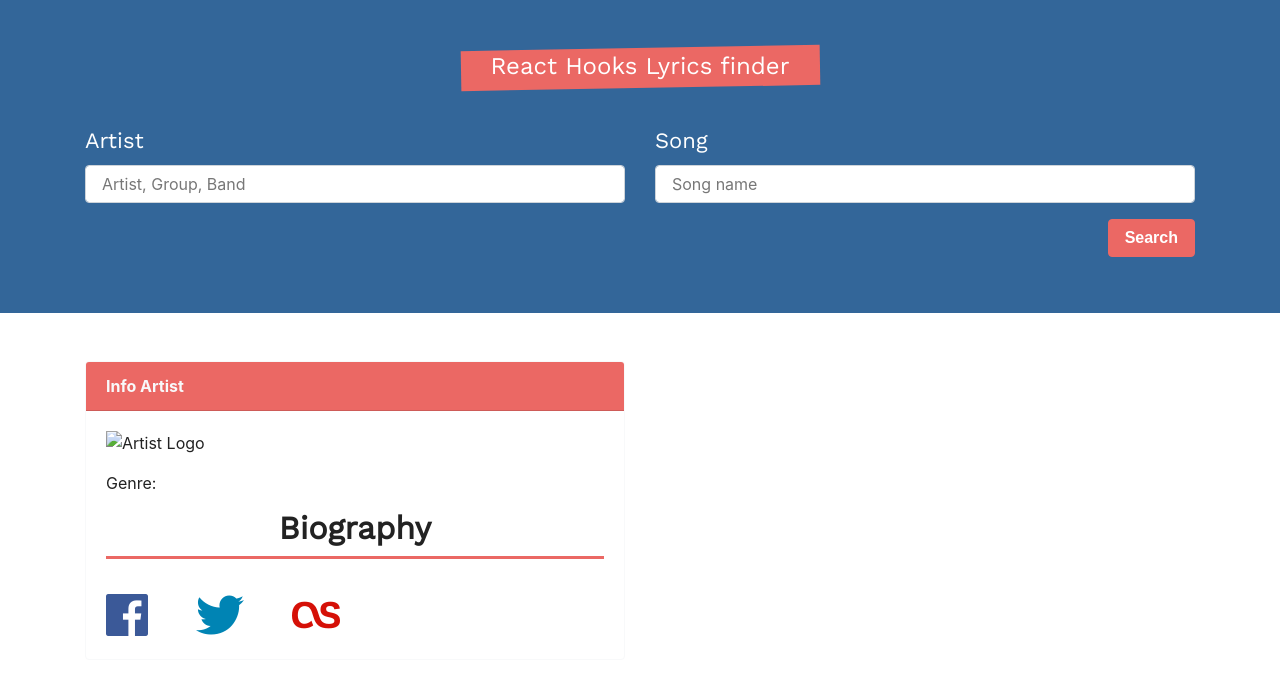
Repository: ppfeliuu/Lyrics-and-Band
Page: /
These files come from the project's save history. The page is drawn as it stood at one moment and after the next save; the edit follows.
The browser window is 1280 px wide. The pictures show the whole page.
The page's requests for data from a server got no answer. Some web fonts or font styles are not loaded; a fallback is used. The project was rebuilt for these pictures with package versions that can differ from the ones it lists, and the page was loaded fresh each time. No one was signed in, and anything a server would have sent is missing. Also part of the build but not shown: src/components/Cancion.js.

Above is the page before, as saved 2019-06-24 11:29:38.

### public/index.html
<!DOCTYPE html>
<html lang="en">
  <head>
    <meta charset="utf-8" />
    <link rel="shortcut icon" href="%PUBLIC_URL%/favicon.ico" />
    <meta
      name="viewport"
      content="width=device-width, initial-scale=1, shrink-to-fit=no"
    />
    <meta name="theme-color" content="#000000" />
    <!--
      manifest.json provides metadata used when your web app is added to the
      homescreen on Android. See https://developers.google.com/web/fundamentals/web-app-manifest/
    -->
    <link rel="manifest" href="%PUBLIC_URL%/manifest.json" />
    <!--
      Notice the use of %PUBLIC_URL% in the tags above.
      It will be replaced with the URL of the `public` folder during the build.
      Only files inside the `public` folder can be referenced from the HTML.

      Unlike "/favicon.ico" or "favicon.ico", "%PUBLIC_URL%/favicon.ico" will
      work correctly both with client-side routing and a non-root public URL.
      Learn how to configure a non-root public URL by running `npm run build`.
    -->
    <title>App Música</title>

    <link href="https://fonts.googleapis.com/css?family=Work+Sans" rel="stylesheet">
    <link rel="stylesheet" href="https://use.fontawesome.com/releases/v5.7.1/css/all.css" integrity="sha384-fnmOCqbTlWIlj8LyTjo7mOUStjsKC4pOpQbqyi7RrhN7udi9RwhKkMHpvLbHG9Sr" crossorigin="anonymous">
   <link rel="stylesheet" href="https://bootswatch.com/4/journal/bootstrap.min.css">
  </head>
  <body>
    <noscript>You need to enable JavaScript to run this app.</noscript>
    <div id="root"></div>
    <!--
      This HTML file is a template.
      If you open it directly in the browser, you will see an empty page.

      You can add webfonts, meta tags, or analytics to this file.
      The build step will place the bundled scripts into the <body> tag.

      To begin the development, run `npm start` or `yarn start`.
      To create a production bundle, use `npm run build` or `yarn build`.
    -->
  </body>
</html>

### src/App.js
import React, { useState, useEffect, Fragment } from 'react';
import axios from 'axios';
import Cancion from './components/Cancion';
import Formulario from './components/Formulario';
import Informacion from './components/Informacion';

function App() {

  const [ artista, agregarArtista ] = useState('');
  const [ letra, agregarLetra ] = useState([]);
  const [ info, agregarInfo ] = useState({});


  // Consulta API canciones
  const consultarAPILetra = async busqueda => {
    //console.log(busqueda);
    const {artista, cancion} = busqueda;
    const url = `https://api.lyrics.ovh/v1/${artista}/${cancion}`;



    // consulta api
    const resultado = await axios(url);

    agregarArtista(artista);

    // console.log(resultado.data.lyrics);
    agregarLetra(resultado.data.lyrics);


  }

  // Consultar API info grupo
  const consultarAPIInfo = async () => {

    const url = `https://theaudiodb.com/api/v1/json/1/search.php?s=${artista}`;

    const resultado = await axios(url);

    agregarInfo(resultado.data.artists[0]);

  }

  useEffect(
    () => {
      consultarAPIInfo();
    }, [artista]
  )

  return (
    <Fragment>
      <Formulario
        consultarAPILetra={consultarAPILetra}
      />

      <div className="container mt-5">
        <div className="row">
          <div className="col-md-6">
              <Informacion
                info={info}
              />
          </div>
          <div className="col-md-6">
          <Cancion
              letra={letra}
            />
          </div>
        </div>
      </div>
    </Fragment>
  );
}

export default App;

### src/components/Formulario.js
import React, { useState, useEffect, Fragment } from 'react';

function Formulario({consultarAPILetra}) {


    const [busqueda, agregarBusqueda] = useState({
        artista: '',
        cancion: ''
    })

    //funcion para actualzar state del input

    const actualizarState = e => {
        agregarBusqueda({
            ...busqueda,
            [e.target.name] : e.target.value
        });

        //console.log(busqueda);
    }

    const enviarInformacion = e => {
        e.preventDefault();
        consultarAPILetra(busqueda);
    }

    return (
        <div className="bg-info">
          <div className="container">
              <div className="row">
                  <form onSubmit={enviarInformacion}
                    className="col card text-white bg-transparent  mb-5 pt-5 pb-2">
                      <fieldset>
                          <legend className="text-center">React Hooks Lyrics finder</legend>
                          <div className="row">
                              <div className="col-md-6">
                                <div className="form-group">
                                    <label>Artist</label>
                                    <input
                                        type="text"
                                        className="form-control"
                                        name="artista"
                                        placeholder="Artist, Group, Band "
                                        onChange={actualizarState}
                                        required
                                    />
                                </div>
                              </div>
                              <div className="col-md-6">
                                <div className="form-group">
                                    <label>Song</label>
                                    <input
                                        type="text"
                                        className="form-control"
                                        name="cancion"
                                        placeholder="Song name"
                                        onChange={actualizarState}
                                        required
                                    />
                                </div>
                              </div>
                          </div>
                          <button type="submit" className="btn btn-primary float-right">Search</button>
                      </fieldset>
                  </form>
              </div>
          </div>
      </div>
    )
}

export default Formulario;

### src/components/Informacion.js
import React from 'react';

function Informacion({info}) {
    return(
       <div className="card border-light">
           <div className="card-header bg-primary text-light font-weight-bold">
               Info Artist
           </div>
           <div className="card-body">
               <img src={info.strArtistThumb} alt="Artist Logo"/>
               <p className="card-text">Genre: {info.strGenre}</p>
               <h2 className="card-text text-center">Biography</h2>
               <p className="card-text">{info.strBiographyEN}</p>
               <p className="card-text">
                   <a href={`https://${info.strFacebook}`} target="_blank" rel="noopener noreferrer">
                       <i className="fab fa-facebook"></i>
                   </a>
                   <a href={`https://${info.strTwitter}`} target="_blank" rel="noopener noreferrer">
                       <i className="fab fa-twitter"></i>
                   </a>
                   <a href={`${info.strLastFMChart}`} target="_blank" rel="noopener noreferrer">
                       <i className="fab fa-lastfm"></i>
                   </a>
               </p>
           </div>
       </div>
    )
}

export default Informacion;

Loaded but not shown: src/index.js (common file); src/index.css (common file); src/serviceWorker.js (common file)

After the next save:
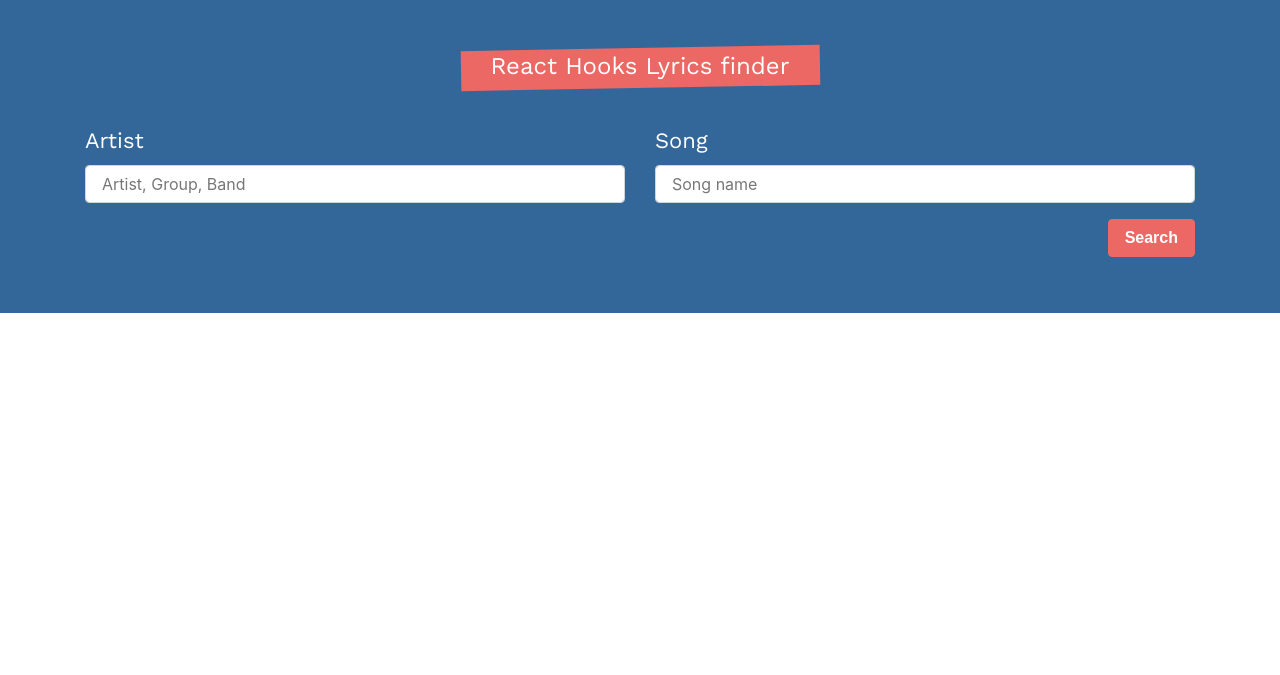
Saved 87 s later.
--- a/src/components/Informacion.js
+++ b/src/components/Informacion.js
@@ -1,6 +1,9 @@
 import React from 'react';
 
 function Informacion({info}) {
+
+    if (Object.keys(info).length === 0) return null;
+
     return(
        <div className="card border-light">
            <div className="card-header bg-primary text-light font-weight-bold">
